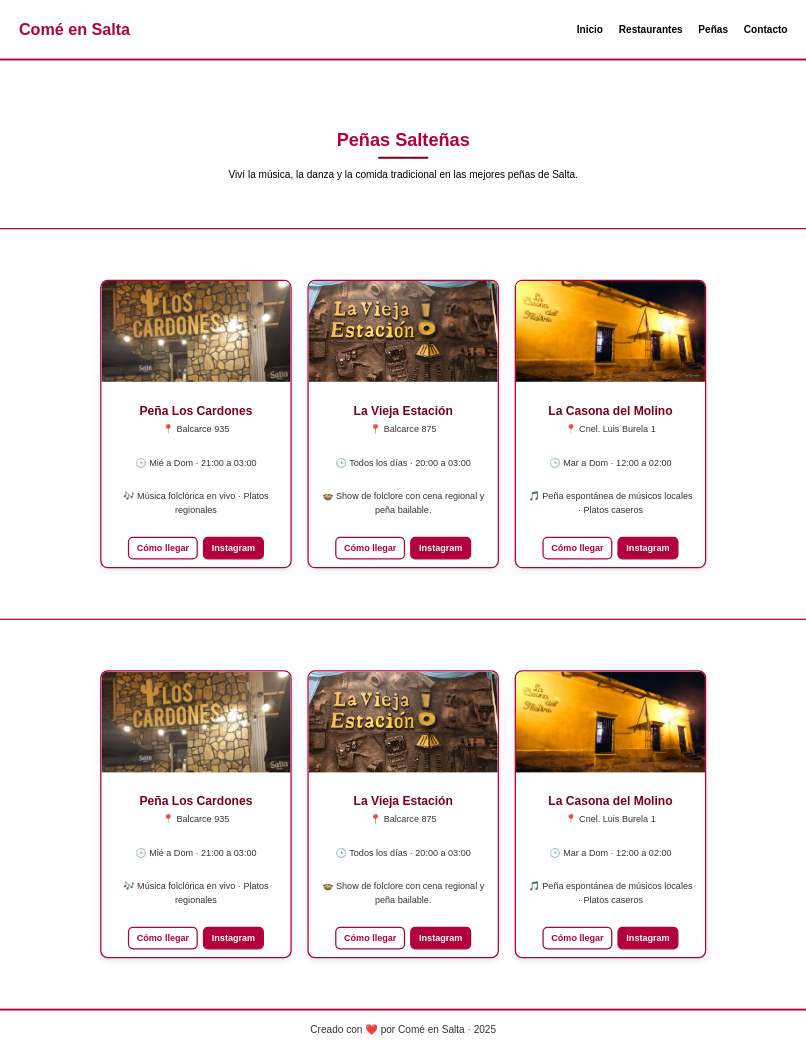
Repository: nahir95/come-en-salta
Page: peñas.html
The author's editor kept a copy of each file at every save. The page is drawn from the files as they stood at one save, then again after the next save.
The browser window is 1280 px wide. The pictures show the whole page, at 63% of full size.

Above is the page before, as saved 2025-11-12 03:24:38.

After the next save:
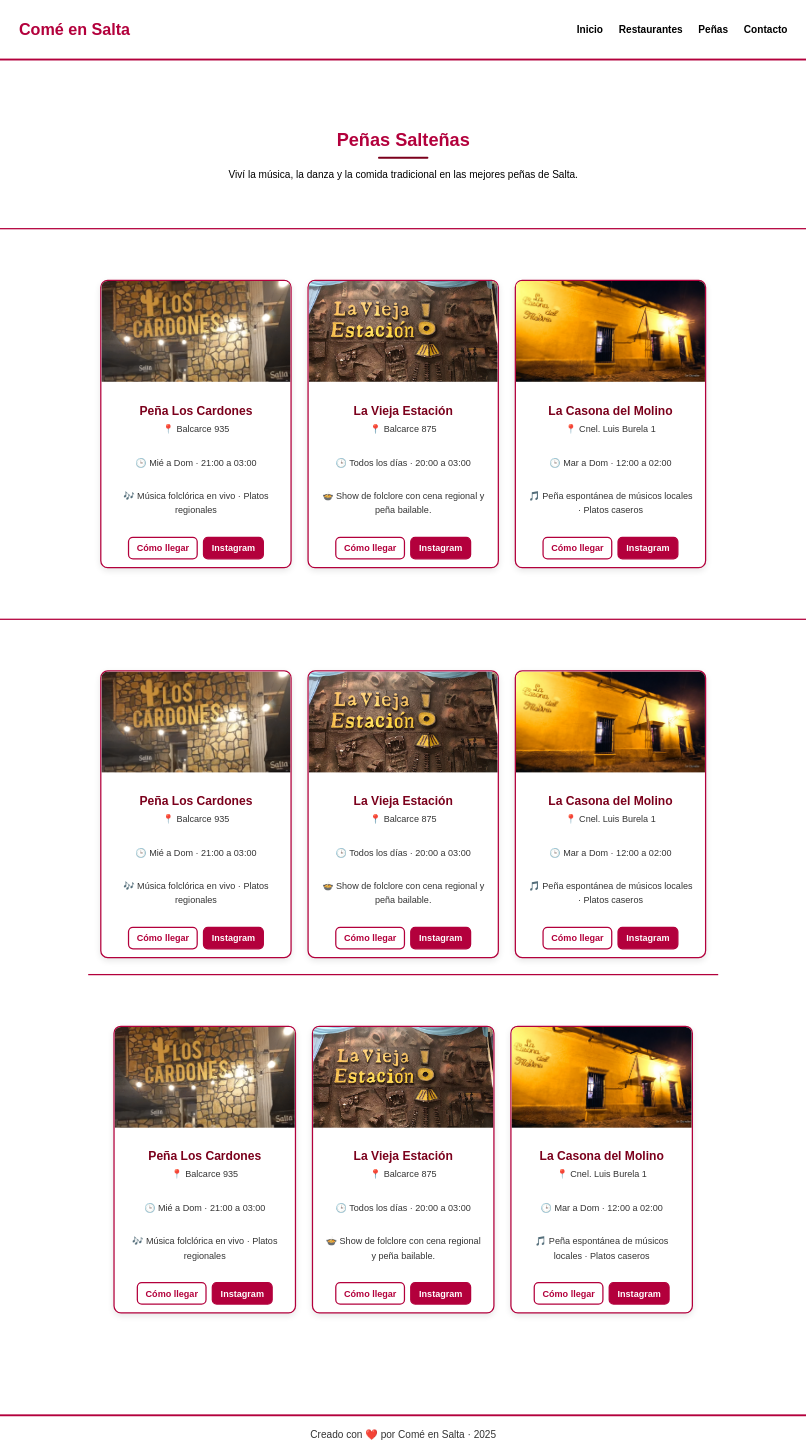
Saved 20 s later.
--- a/peñas.html
+++ b/peñas.html
@@ -117,6 +117,53 @@
             </div>
           </div>
         </div>
+
+         <!-- Zona 1 -->
+    <section class="zona">
+      <div class="zona-grid">
+        <div class="restaurante">
+          <img src="imagenes/los-cardones.png" alt="Peña Los Cardones">
+          <div class="card-content">
+            <h3>Peña Los Cardones</h3>
+            <p>📍 Balcarce 935</p>
+            <p>🕒 Mié a Dom · 21:00 a 03:00</p>
+            <p>🎶 Música folclórica en vivo · Platos regionales</p>
+            <div class="btns-resto">
+              <a href="https://maps.app.goo.gl/B3RV2sRcfGxMxXqY7" target="_blank" class="btn">Cómo llegar</a>
+              <a href="https://www.instagram.com/penaloscardones/" target="_blank" class="btn btn-secundario">Instagram</a>
+            </div>
+          </div>
+        </div>
+
+        <div class="restaurante">
+          <img src="imagenes/la-vieja.jpg" alt="La Vieja Estación">
+          <div class="card-content">
+            <h3>La Vieja Estación</h3>
+            <p>📍 Balcarce 875</p>
+            <p>🕒 Todos los días · 20:00 a 03:00</p>
+            <p>🍲 Show de folclore con cena regional y peña bailable.</p>
+            <div class="btns-resto">
+              <a href="https://maps.app.goo.gl/8Xy5uXKZ4SrGUmM86" target="_blank" class="btn">Cómo llegar</a>
+              <a href="https://www.instagram.com/laviejaestacionsalta/" target="_blank" class="btn btn-secundario">Instagram</a>
+            </div>
+          </div>
+        </div>
+
+        <div class="restaurante">
+          <img src="imagenes/la-casona-del-molino.jpg" alt="Balderrama">
+          <div class="card-content">
+            <h3>La Casona del Molino</h3>
+            <p>📍 Cnel. Luis Burela 1</p>
+            <p>🕒 Mar a Dom · 12:00 a 02:00</p>
+            <p>🎵 Peña espontánea de músicos locales · Platos caseros</p>
+            <div class="btns-resto">
+              <a href="https://maps.app.goo.gl/Bf2KjMTgcdJixUpt6" target="_blank" class="btn">Cómo llegar</a>
+              <a href="https://www.instagram.com/lacasonadelmolino/" target="_blank" class="btn btn-secundario">Instagram</a>
+            </div>
+          </div>
+        </div>
+      </div>
+    </section>
       </div>
     </section>
       </div>
